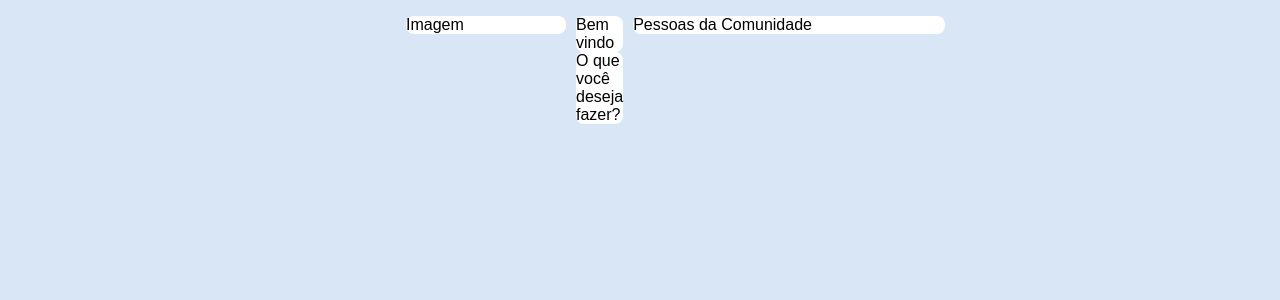
Repository: jminervino/alurakut
Page: /
These files come from the project's save history. The page is drawn as it stood at one moment and after the next save; the edit follows.
The browser window is 1280 px wide. The pictures show the whole page.
The project was rebuilt for these pictures with package versions that can differ from the ones it lists, and the page was loaded fresh each time. The framework's server and built-in components were replaced by stand-ins that run in the browser. Also part of the build but not shown: next.config.js.

Above is the page before, as saved 2022-03-24 11:34:16.

After the next save:
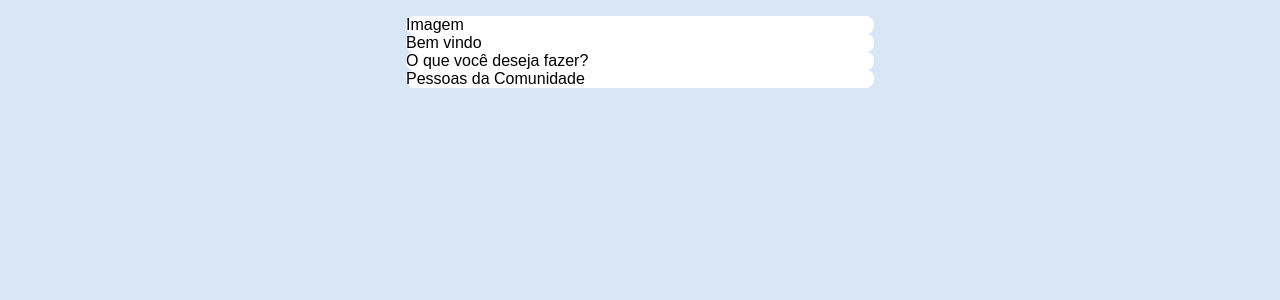
Saved 16 s later.
--- a/pages/index.js
+++ b/pages/index.js
@@ -17,7 +17,9 @@
   margin-right: auto;
   max-width: 500px;
   padding: 16px;
-  display: grid;
+  .profileArea {
+    display: none;
+  }
   padding: 16px;
 
 

After the 4 saves that followed:
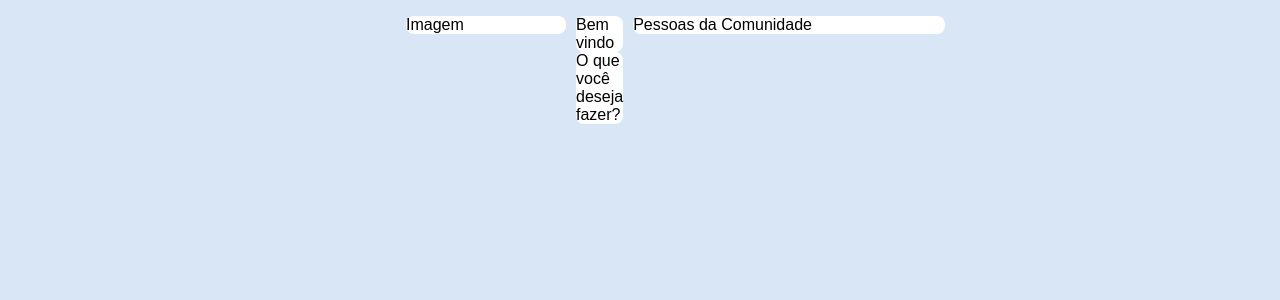
The 4 saves are shown as one change because 3 left the picture as it was.
The last was saved 91 s later.
--- a/pages/index.js
+++ b/pages/index.js
@@ -19,17 +19,20 @@
   padding: 16px;
   .profileArea {
     display: none;
+    @media(min-width: 860px) {
+      display: block;
+    }
   }
-  padding: 16px;
-
-
 
   @media (min-width: 860px){
+    display: grid;
     grid-template-areas:
       "profileArea welcomeArea profileRelationsArea";
     grid-template-columns: 160px 1fr 312px;
 
     }
+
+
 `
 
 export default function Home() {
